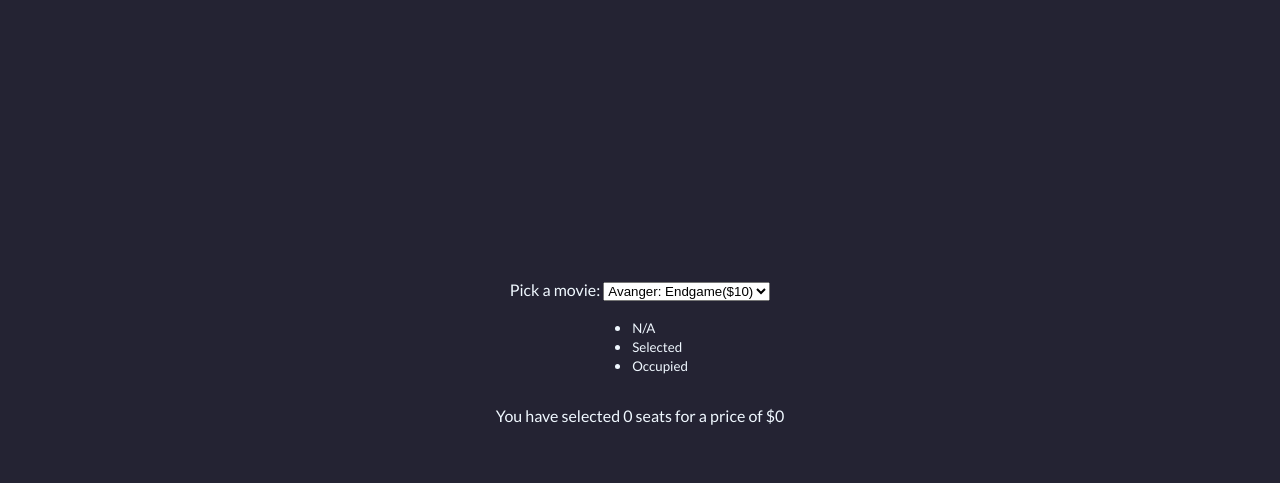
Repository: atko87/Movie-seat-Booking
Page: index.html
These files come from the project's save history. The page is drawn as it stood at one moment and after the next save; the edit follows.
The browser window is 1280 px wide. The pictures show the whole page.

Above is the page before, as saved 2020-03-08 13:48:35.

After the next save:
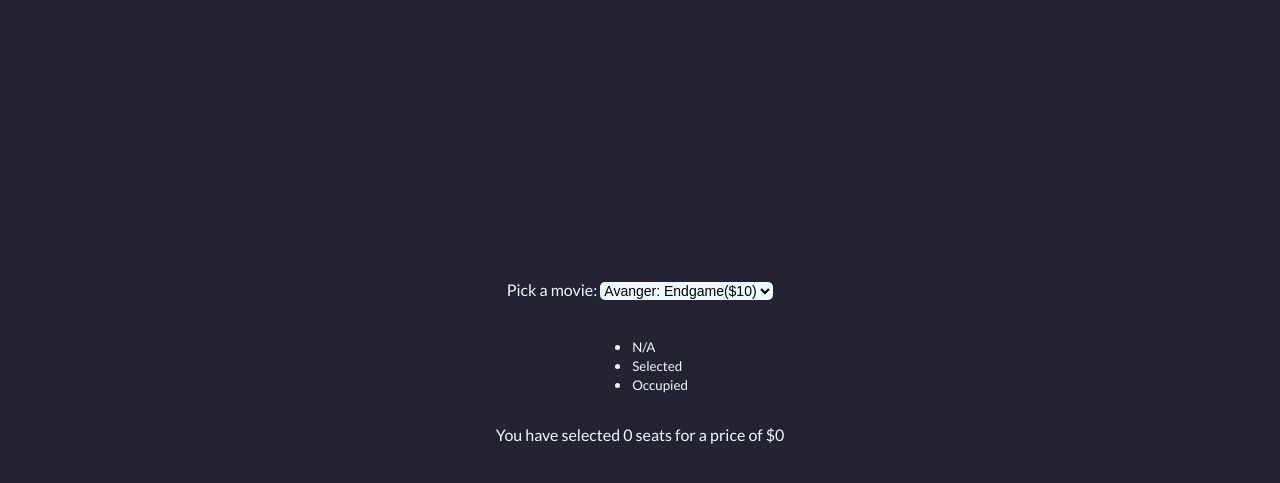
Saved 86 s later.
--- a/style.css
+++ b/style.css
@@ -15,3 +15,14 @@
   font-family: "Lato", sans-serif;
   margin: 0;
 }
+
+.movie-container {
+  margin: 20px 0;
+}
+
+.movie-container select {
+  background-color: aliceblue;
+  border: 0;
+  border-radius: 5px;
+  font-size: 14px;
+}
